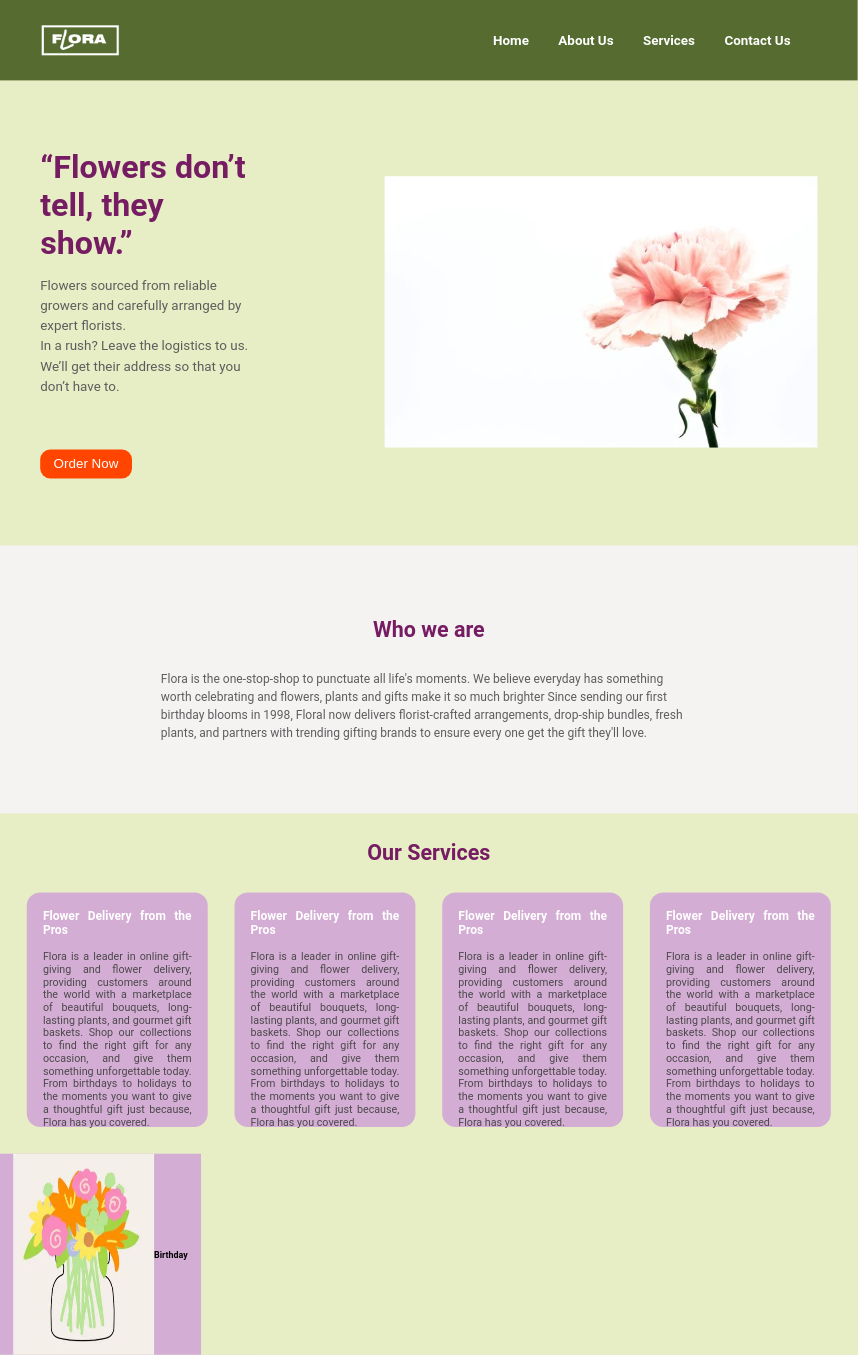
Repository: SaadYasin/test003-flex-box
Page: index.html
The author's editor kept a copy of each file at every save. The page is drawn from the files as they stood at one save, then again after a run of saves.
The browser window is 1280 px wide. The pictures show the whole page, at 67% of full size.

Above is the page before, as saved 2022-11-03 14:49:26.

### index.html
<!DOCTYPE html>
<html lang="en">
<head>
  <meta charset="UTF-8">
  <meta http-equiv="X-UA-Compatible" content="IE=edge">
  <meta name="viewport" content="width=device-width, initial-scale=1.0">
  <title>Business Assistant</title>

  <link rel="stylesheet" href="style.css">
</head>
<body>
  <!-- Main header start -->
  <header>
    <div class="header-container">
      <!-- <h1 class="logo">Flora</h1> -->
      <img src="./images/flora-icon.png" alt="">
      <nav>
        <ul>
          <li><a href="#">Home</a></li>
          <li><a href="#about">About Us</a></li>
          <li><a href="#services">Services</a></li>
          <li><a href="#">Contact Us</a></li>
        </ul>
      </nav>
    </div>
  </header>
  <!-- Min header end -->

  <!-- Hero section start -->
  <section class="hero-section">
    <div class="hero-text">
      <h1 class="hero-title">“Flowers don’t tell, they show.”</h1>
      <p class="hero-paragraph">Flowers sourced from reliable growers and carefully arranged by expert florists. <br>In a rush? Leave the logistics to us. We’ll get their address so that you don’t have to.</p>

      <button type="button" class="coa-btn">Order Now</button>
    </div>
    <div><img src="./images/alesia_flower-small.jpg" alt="" class="hero-img"></div>
  </section>
  <!-- Hero section ends -->

  <!-- About Us section start -->
  <section id="about">
    <div class="container">
      <h3 class="about-title">Who we are</h3>
      <p class="about-text">Flora is the one-stop-shop to punctuate all life's moments. We believe everyday has something worth celebrating and
      flowers, plants and gifts make it so much brighter

      Since sending our first birthday blooms in 1998, Floral now delivers florist-crafted arrangements, drop-ship bundles,
      fresh plants, and partners with trending gifting brands to ensure every one get the gift they'll love.</p>
    </div>

  </section>
  <!-- About Us section end -->

  <!-- Services section start -->
  <section id="services">
    <div class="container">
      <h3 class="services-title">Our Services</h3>
      <div class="cards-container">
        <div class="card">
          <h4 class="card-title">Flower Delivery from the Pros</h4>
          <p class="card-text">Flora is a leader in online gift-giving and flower delivery, providing customers around the world with a marketplace of
          beautiful bouquets, long-lasting plants, and gourmet gift baskets. Shop our collections to find the right gift for any
          occasion, and give them something unforgettable today. From birthdays to holidays to the moments you want to give a
          thoughtful gift just because, Flora has you covered.</p>
        </div>

        <div class="card">
          <h4 class="card-title">Flower Delivery from the Pros</h4>
          <p class="card-text">Flora is a leader in online gift-giving and flower delivery, providing customers around the world
            with a marketplace of
            beautiful bouquets, long-lasting plants, and gourmet gift baskets. Shop our collections to find the right gift for
            any
            occasion, and give them something unforgettable today. From birthdays to holidays to the moments you want to give a
            thoughtful gift just because, Flora has you covered.</p>
        </div>

        <div class="card">
          <h4 class="card-title">Flower Delivery from the Pros</h4>
          <p class="card-text">Flora is a leader in online gift-giving and flower delivery, providing customers around the world
            with a marketplace of
            beautiful bouquets, long-lasting plants, and gourmet gift baskets. Shop our collections to find the right gift for
            any
            occasion, and give them something unforgettable today. From birthdays to holidays to the moments you want to give a
            thoughtful gift just because, Flora has you covered.</p>
        </div>

        <div class="card">
          <h4 class="card-title">Flower Delivery from the Pros</h4>
          <p class="card-text">Flora is a leader in online gift-giving and flower delivery, providing customers around the world
            with a marketplace of
            beautiful bouquets, long-lasting plants, and gourmet gift baskets. Shop our collections to find the right gift for
            any
            occasion, and give them something unforgettable today. From birthdays to holidays to the moments you want to give a
            thoughtful gift just because, Flora has you covered.</p>
        </div>

      </div>
    </div>
    </section>
  <!-- Services section end -->

  <!-- Occasions section start -->
  <section class="occasions-section">
    <div class="container">
      <div class="categories">
        <div class="cat-card">
          <img src="/images/birthday.JPG" alt="">
          <h5>Birthday</h5>
        </div>
      </div>

    </div>
    </section>
  <!-- Occasions section end -->

</body>
</html>

### style.css
* {
  padding: 0;
  margin: 0;
  box-sizing: border-box;
}

body {
  font-family: 'Roboto', sans-serif;
  background: rgb(231, 237, 196);
}

.header-container {
  display: flex;
  justify-content: space-between;
  align-items: center;
  padding: 0 60px;
  height: 120px;
  background: darkolivegreen;
}

.header-container img {
  width: 120px;
  /* height: 80%; */
}

.logo {
  color: antiquewhite;
  font-size: 40px;
  font-weight: bold;
  font-style: italic;
}

.header-container nav ul {
  list-style: none;

}

.header-container nav ul li {
  display: inline-block;
}

.header-container nav ul li a {
text-decoration: none;
color: white;
margin-right: 40px;
font-size: 20px;
font-weight: bold;
}

.header-container nav ul li a:hover {
  color: orangered;
}

.hero-section {
  display: flex;
  justify-content: center;
  align-items: center;
  gap: 180px;
  padding: 100px 60px;
}

.hero-title {
  font-size: 48px;
  color: rgb(117, 28, 99);
}

.hero-paragraph {
  font-size: 20px;
  color: rgb(94, 93, 94);
  line-height: 1.5;
  margin-top: 20px;
}

.coa-btn {
  font-size: 20px;
  padding: 10px 20px;
  margin-top: 80px;
  background: orangered;
  border: none;
  border-radius: 15px;
  color: white;
  cursor: pointer;
}

.coa-btn:hover {
  background: rgb(137, 74, 159);
}

#about .container {
  width: 100vw;
  height: 400px;
  background: rgb(245, 242, 242);
  display: flex;
  flex-direction: column;
  align-items: center;
  justify-content: center;
  padding: 40px;
}

.about-title {
  font-size: 32px;
  color: rgb(117, 28, 99);
}

.about-text {
  font-size: 18px;
  color: rgb(94, 93, 94);
  line-height: 1.5;
  width: 800px;
  margin-top: 40px ;
}

#services .container {
  padding: 40px;
}

.services-title {
  text-align: center;
  font-size: 32px;
  color: rgb(117, 28, 99);
}

.cards-container {
  display: flex;
  justify-content: center;
  gap: 40px;
  margin-top: 40px;
}

.card {
  display: flex;
  flex-direction: column;
  align-items: center;
  width: 350px;
  height: 350px;
  background: rgb(212, 173, 212);
  padding: 24px;
  text-align: justify;
  border-radius: 20px;
  }

  .card-title {
    font-size: 18px;
    color: rgb(255, 255, 255);
  }

  .card-text {
    font-size: 16px;
    color: rgb(75, 73, 75);
    margin-top: 20px;
  }

  .cat-card {
    display: flex;
    flex-wrap: wrap;
    justify-content: center;
    align-items: center;
    width: 300px;
    height: 300px;
    background: rgb(212, 173, 212);
  }

  .cat-card img {
    width: 70%;
    height: 100%;

After the next 2 saves:
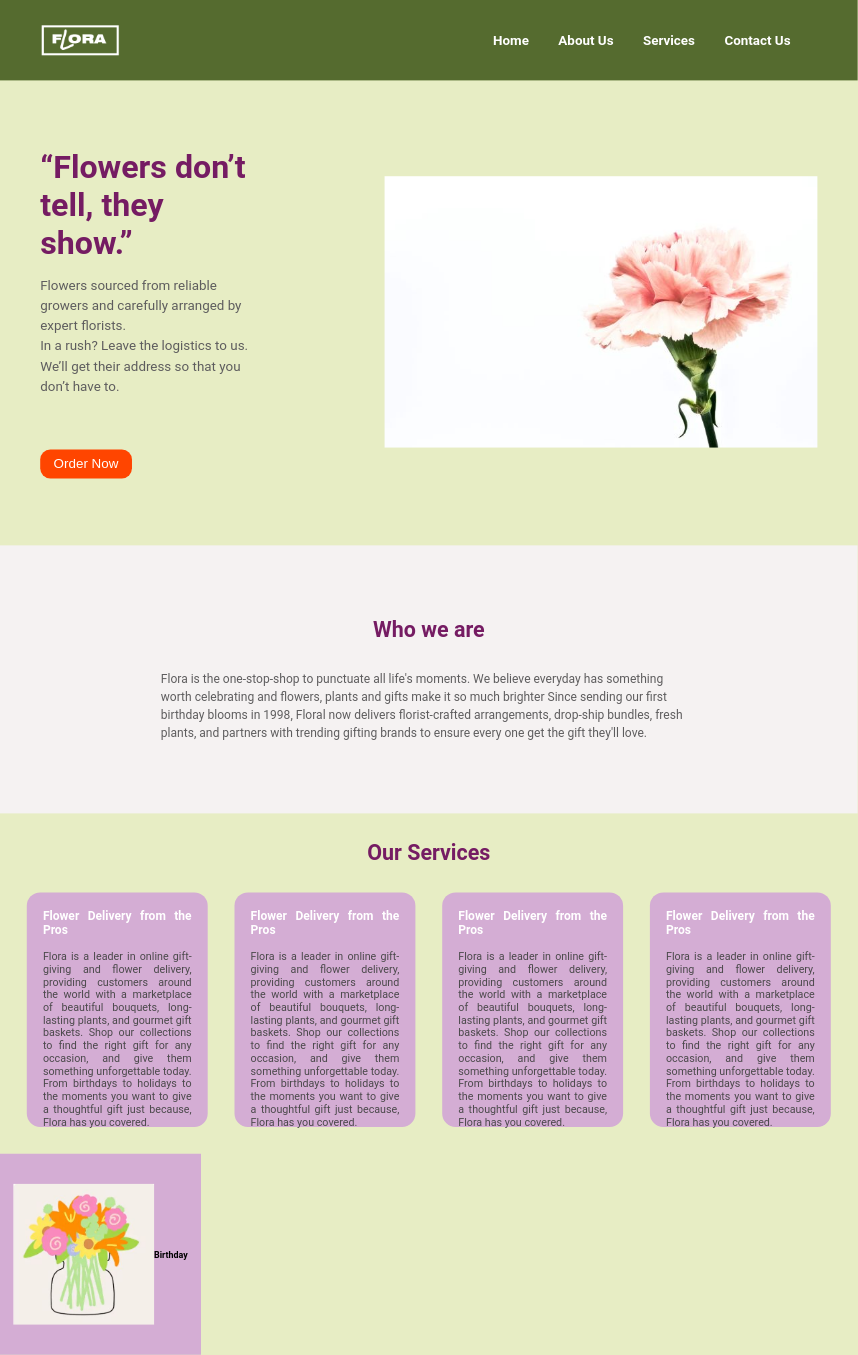
The 2 saves are shown as one change because they came seconds apart.
The last was saved 12 s later.
--- a/style.css
+++ b/style.css
@@ -162,4 +162,4 @@
 
   .cat-card img {
     width: 70%;
-    height: 100%;
+    height: 70%;
